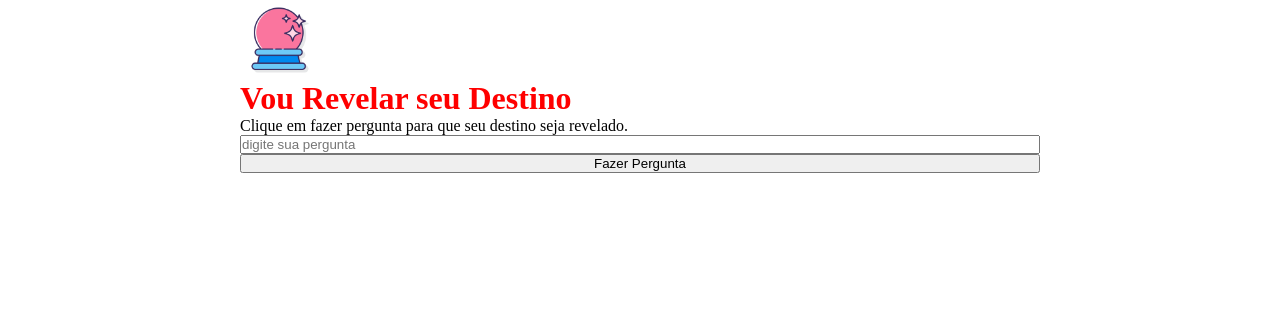
Repository: guilhermecardoso93/nlwexplorer
Page: index.html
The author's editor kept a copy of each file at every save. The page is drawn from the files as they stood at one save, then again after the next save.
The browser window is 1280 px wide. The pictures show the whole page.

Above is the page before, as saved 2022-06-08 23:32:48.

After the next save:
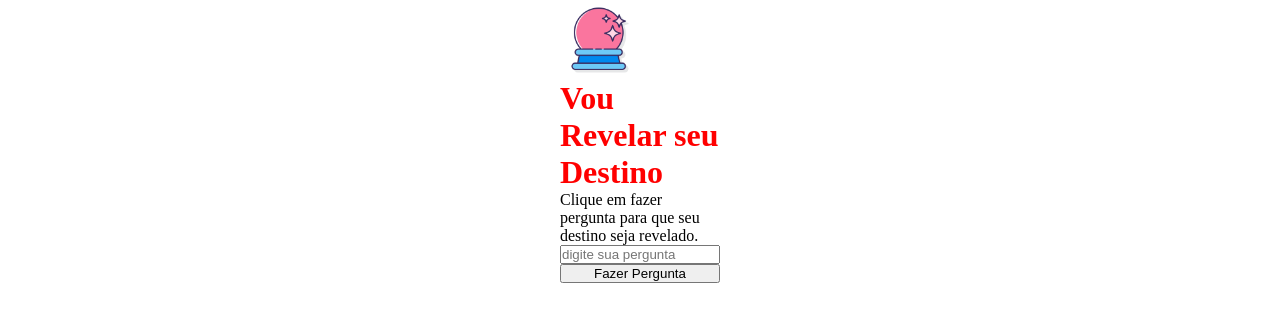
Saved 4 s later.
--- a/styles.css
+++ b/styles.css
@@ -11,7 +11,7 @@
  display: flex;
  flex-direction: column;
  margin: auto;
- width: 50rem;
+ width: 10rem;
 }
 
 h1 {
